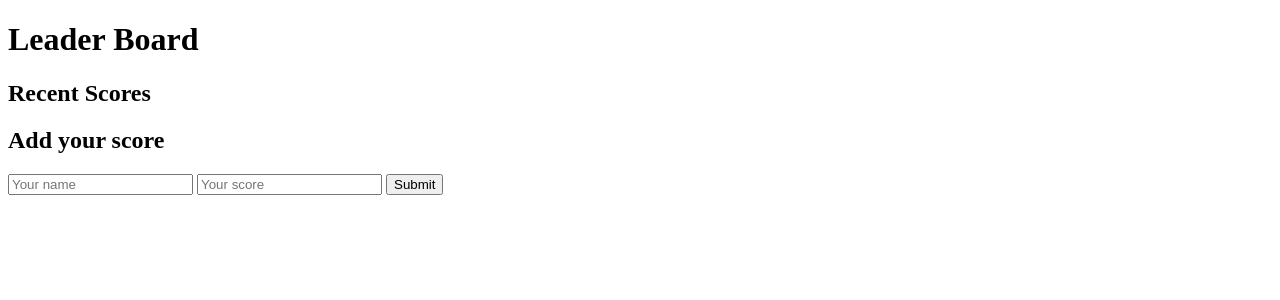
Repository: kennedyowusu/Leaderboard
Page: src/index.html
These files come from the project's save history. The page is drawn as it stood at one moment and after the next save; the edit follows.
The browser window is 1280 px wide. The pictures show the whole page.

Above is the page before, as saved 2022-12-20 15:38:44.

### src/index.html
<!DOCTYPE html>
<html lang="en">

<head>
 <meta charset="UTF-8">
 <meta http-equiv="X-UA-Compatible" content="IE=edge">
 <meta name="viewport" content="width=device-width, initial-scale=1.0">
 <title>Leader Board</title>
</head>

<body>
 <main class="main-container">
   <h1 class="main-title">Leader Board</h1>

   <section class="main-holder">
    <!-- divide section into two -->

     <section class="main-left">
       <h2 class="main-left-title">Recent Scores</h2>
       <ul class="main-left-list">
         <!-- list of recent scores -->
       </ul>
     </section>

     <section class="main-right">
       <h2 class="main-right-title">Add your score</h2>
       <form class="main-right
       -form">
         <input type="text" name="name" placeholder="Your name" required>
         <input type="number" name="score" placeholder="Your score" required>
         <button type="submit">Submit</button>
       </form>
       </section>

   </section>



   <script src="https://cdn.jsdelivr.net/npm/axios/dist/axios.min.js"></script>
 </main>
</body>
</html>

After the next save:
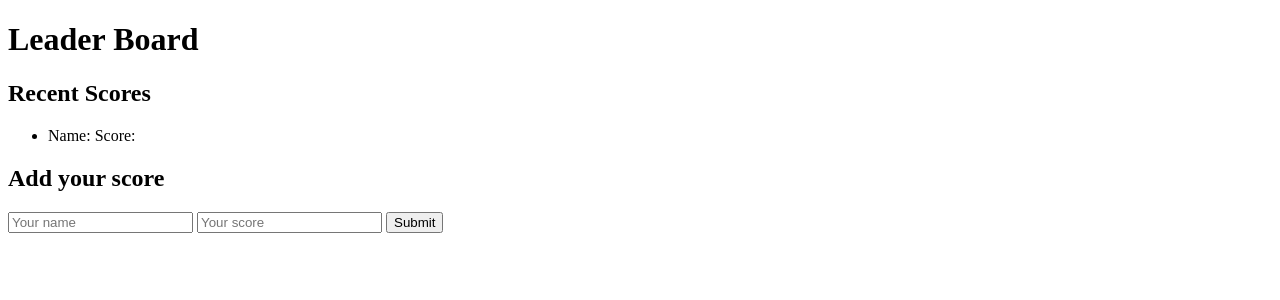
Saved 16 s later.
--- a/src/index.html
+++ b/src/index.html
@@ -19,6 +19,10 @@
        <h2 class="main-left-title">Recent Scores</h2>
        <ul class="main-left-list">
          <!-- list of recent scores -->
+         <li>
+           <span class="name">Name: </span>
+           <span class="score">Score: </span>
+         </li>
        </ul>
      </section>
 
